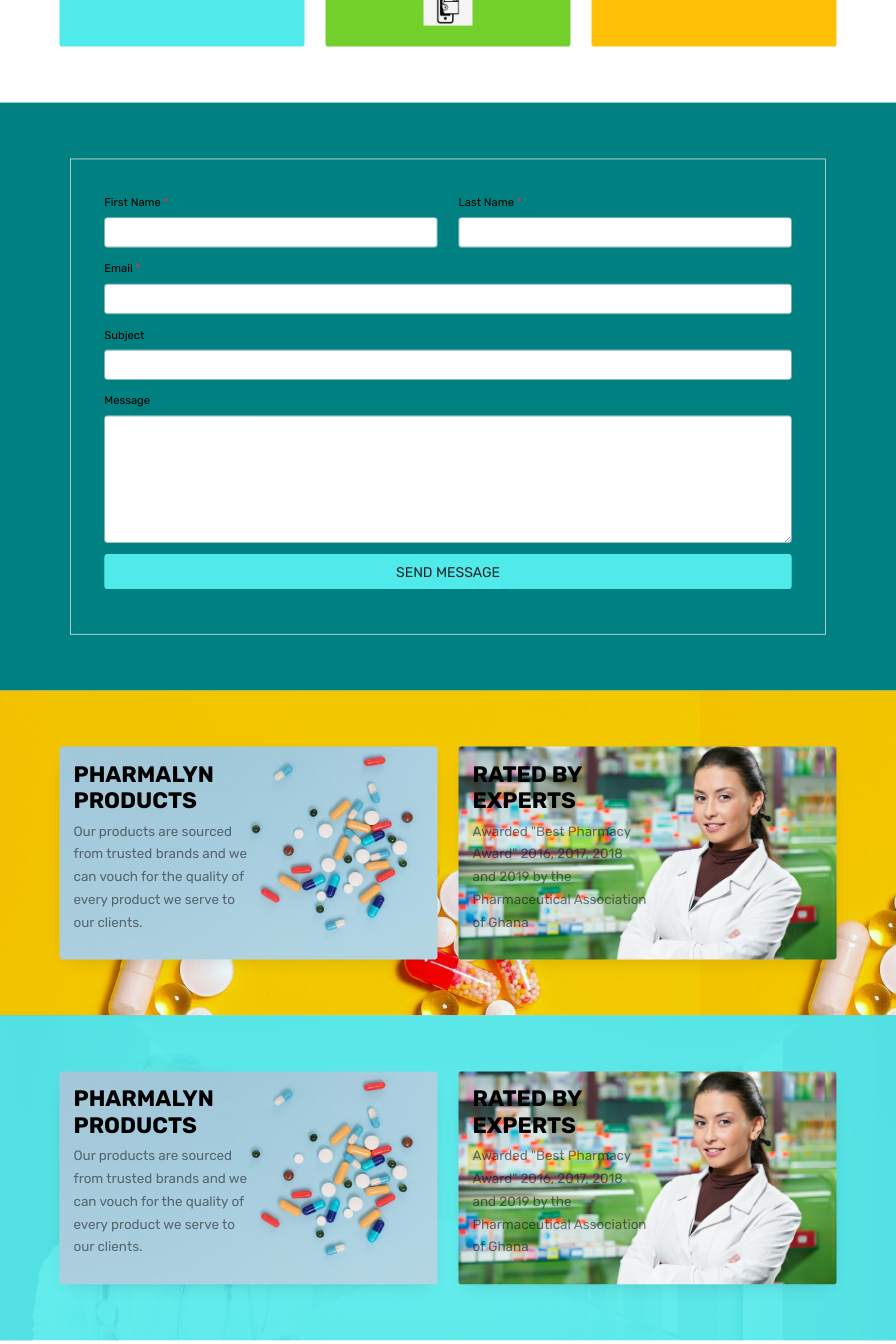
Repository: Nat-A/finalyearproject
Page: pharma/index - Copy.html
These files come from the project's save history. The page is drawn as it stood at one moment and after a run of saves; the edit follows.
The browser window is 1280 px wide. The pictures show the part of the page from y = 862 to 2782 px (the page is 3280 px tall before and 3216 px after), at 70% of full size.

Above is the page before, as saved 2020-06-03 13:37:10.

After the next 3 saves:
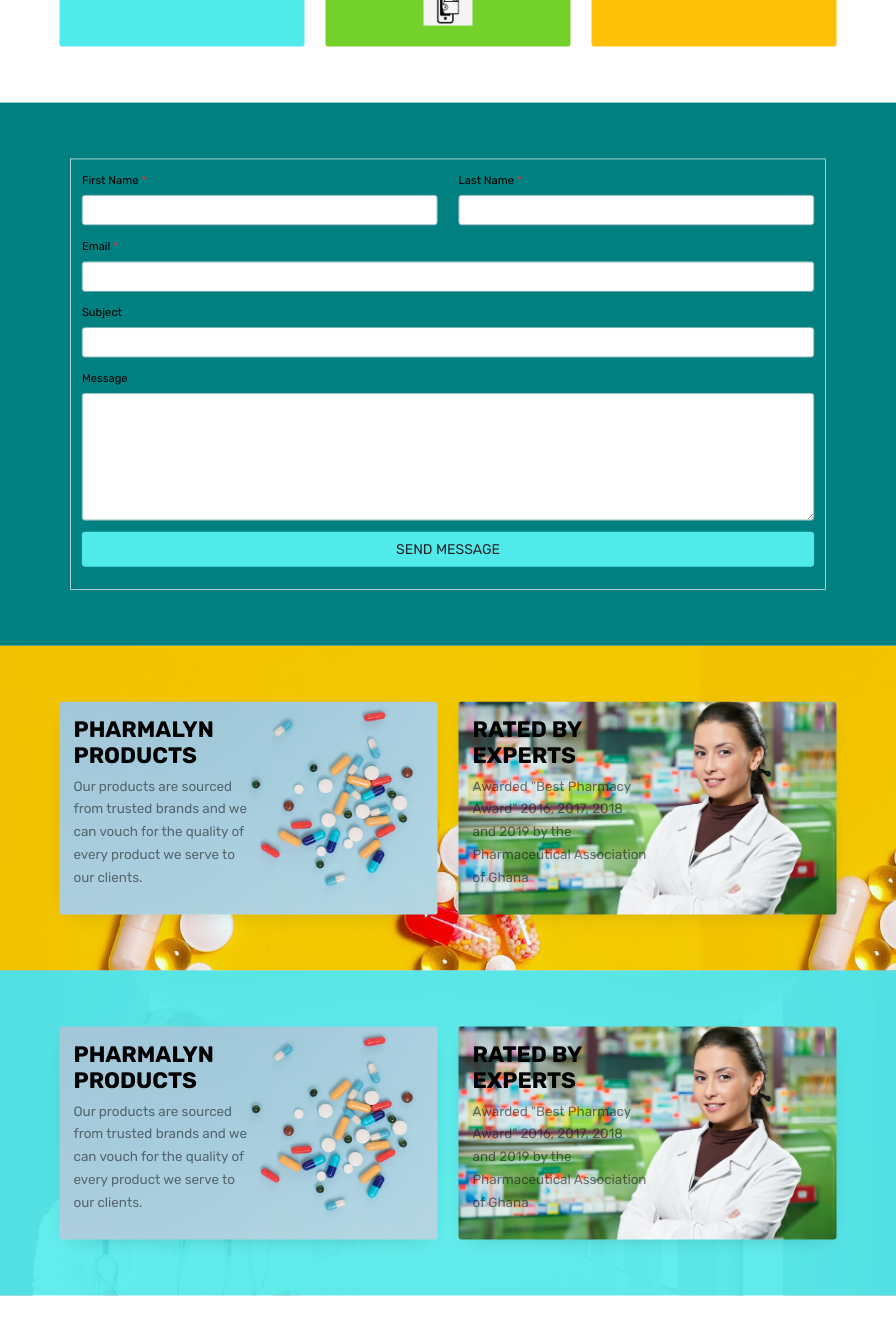
The 3 saves are shown as one change because they came seconds apart.
The last was saved 18 s later.
--- a/pharma/index - Copy.html
+++ b/pharma/index - Copy.html
@@ -139,7 +139,7 @@
 
                     <form action="#" method="post">
 
-                        <div class="p-3 p-lg-5 border">
+                        <div class="p-3 p-lg-3 border">
                             <div class="form-group row">
                                 <div class="col-md-6">
                                     <label for="c_fname" class="text-black">First Name <span class="text-danger">*</span></label>
